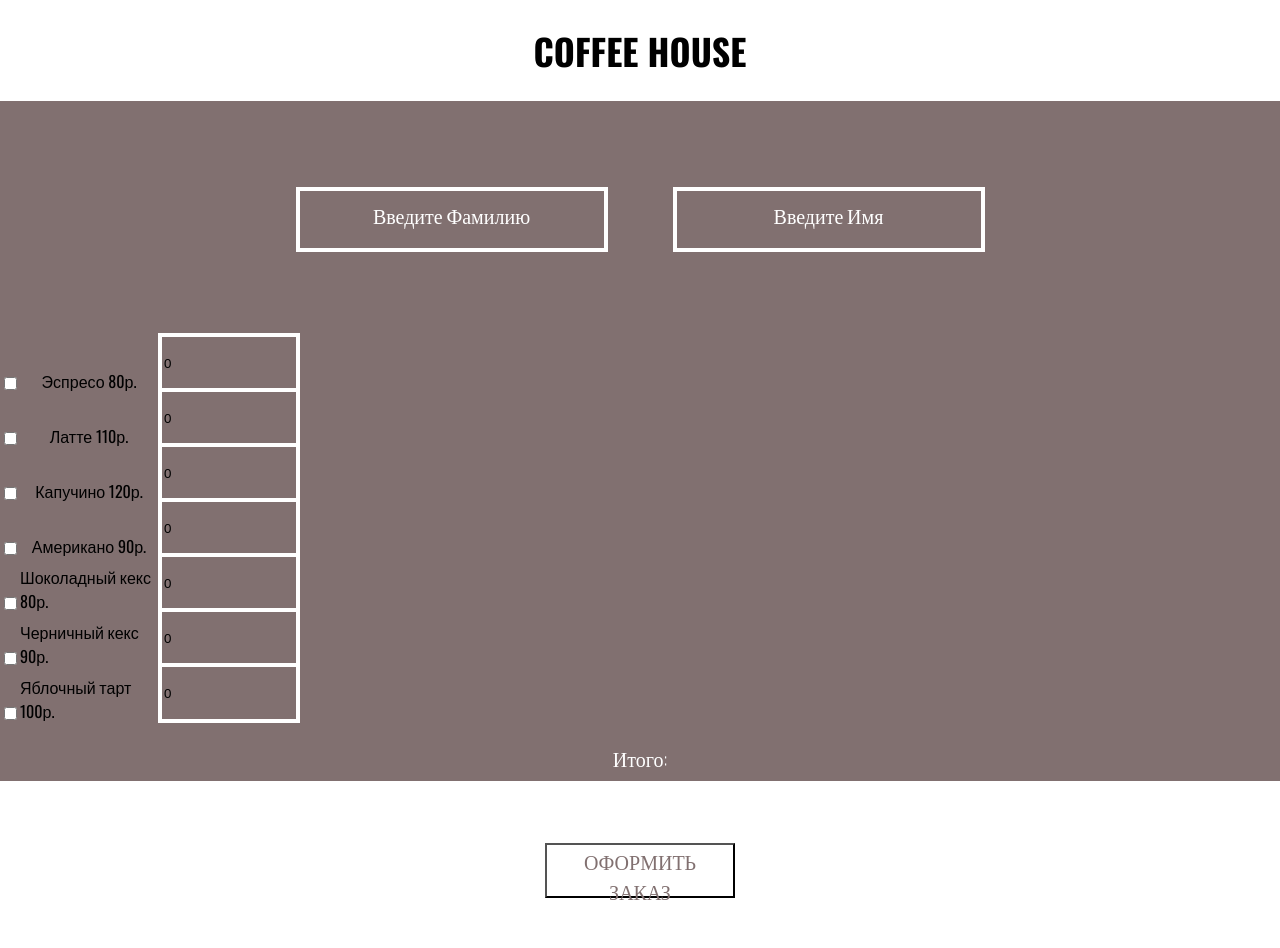
Repository: Valera1994/WebTestProject
Page: New2/index.html
The author's editor kept a copy of each file at every save. The page is drawn from the files as they stood at one save, then again after the next save.
The browser window is 1280 px wide. The pictures show the whole page.

Above is the page before, as saved 2025-07-20 22:05:53.

### New2/index.html
<!DOCTYPE html>
<html lang="en">
<head>
    <meta charset="UTF-8">
    <meta name="viewport" content="width=device-width, initial-scale=1.0">
    <title>COFFEE HOUSE</title>
    <link rel="stylesheet" href="style.css">
    <link rel="preconnect" href="https://fonts.googleapis.com">
    <link rel="preconnect" href="https://fonts.gstatic.com" crossorigin="">
    <link href="https://fonts.googleapis.com/css2?family=Oswald:wght@200..700&amp;display=swap" rel="stylesheet">
</head>
<body>
    <header class="header">
        <h1 class="logo">COFFEE HOUSE</h1>
    </header>
    <div class="order">
        <div class="form">
            <input class="surname form_text" type="text" placeholder="Введите Фамилию" required="">
            <input class="name form_text" type="text" placeholder="Введите Имя" required="">
        </div>
        <div class="conteiner">
            <div class="form_checkbox">
                <input type="checkbox" id="coffee" name="espreso" value="choise1">
                <label for="espreso">Эспресо 80р.</label>
                <input class="price" type="number" min="0" value="0" placeholder="0">
            </div>
            <div class="form_checkbox">
                <input type="checkbox" id="coffee" name="latte" value="choise1">
                <label for="latte">Латте 110р.</label>
                <input class="price" type="number" min="0" value="0" placeholder="0">
            </div>
            <div class="form_checkbox">
                <input type="checkbox" id="coffee" name="capp" value="choise1">
                <label for="capp">Капучино 120р.</label>
                <input class="price" type="number" min="0" value="0" placeholder="0">
            </div>
            <div class="form_checkbox">
                <input type="checkbox" id="coffee" name="amer" value="choise1">
                <label for="amer">Американо 90р.</label>
                <input class="price" type="number" min="0" value="0" placeholder="0">
            </div>
            <div class="form_checkbox">
                <input type="checkbox" id="coffee" name="choco" value="choise1">
                <label for="choco">Шоколадный кекс 80р.</label>
                <input class="price" type="number" min="0" value="0" placeholder="0">
            </div>
            <div class="form_checkbox">
                <input type="checkbox" id="coffee" name="chern" value="choise1">
                <label for="chern">Черничный кекс 90р.</label>
                <input class="price" type="number" min="0" value="0" placeholder="0">
            </div>
            <div class="form_checkbox">
                <input type="checkbox" id="coffee" name="apple" value="choise1">
                <label for="apple">Яблочный тарт 100р.</label>
                <input class="price" type="number" min="0" value="0" placeholder="0">
            </div>
        </div>

        <p>Итого: <span class="result"></span></p>
        <div class="button_container">
            <button class="btn">ОФОРМИТЬ ЗАКАЗ</button>
        </div>
    </div>
</body>
</html>

### New2/style.css
body{
    margin: 0;
    padding: 0;
    font-family: 'Oswald', sans-serif;
}

.header {
    width: 100%;
    box-sizing: border-box;
    text-decoration: none;
    top: 0;
    left: 0;
}

.logo{
    color: black;
    font-size: 36px;
    white-space: nowrap;
    font-weight: medium;
    display: flex;
    justify-content: center;
}

.order{
    width: 100%;
    height: 680px;
    background: rgba(129, 112, 112, 1);
}

.form{
    padding: 86px 0;
    gap: 65px;
    display: flex;
    justify-content: center;
}

.form_text{
    background-color: #817070;
    display: flex;
    flex-direction: column;
    justify-content: center;
    width: 300px;
    height: 55px;
    border: 4px solid white;
}

.form_text::placeholder {
    font-family: 'Oswald';
    color: white;
    opacity: 1;
    display: flex;
    align-items:center;
    text-align: center;
    font-size: 20px;
    font-weight: lighter;
}

.container{
    display: flex;
    flex-flow: column wrap;
    height: 271px;
    width: 784px;
}

.form_checkbox{
    width: 300px;
    height: 55px;
    display: flex;
    justify-content: space-between;
    align-items: flex-end;
}


.price{
    background-color: #817070;
    display: flex;
    flex-direction: column;
    justify-content: center;
    width: 130px;
    height: 50px;
    border: 4px solid white;
}

p{
    font-family: 'Oswald';
    font-size: 20px;
    font-weight:lighter;
    color: white;
    display: flex;
    justify-content: center;
}

.button_container{
    display: flex;
    justify-content: center;
    padding: 50px;
}

.btn{
    width: 190px;
    height: 55px;
    font-family: 'Oswald';
    font-size: 20px;
    font-weight: 500;
    background-color: white;
    color: rgba(129, 112, 112, 1);
}

After the next save:
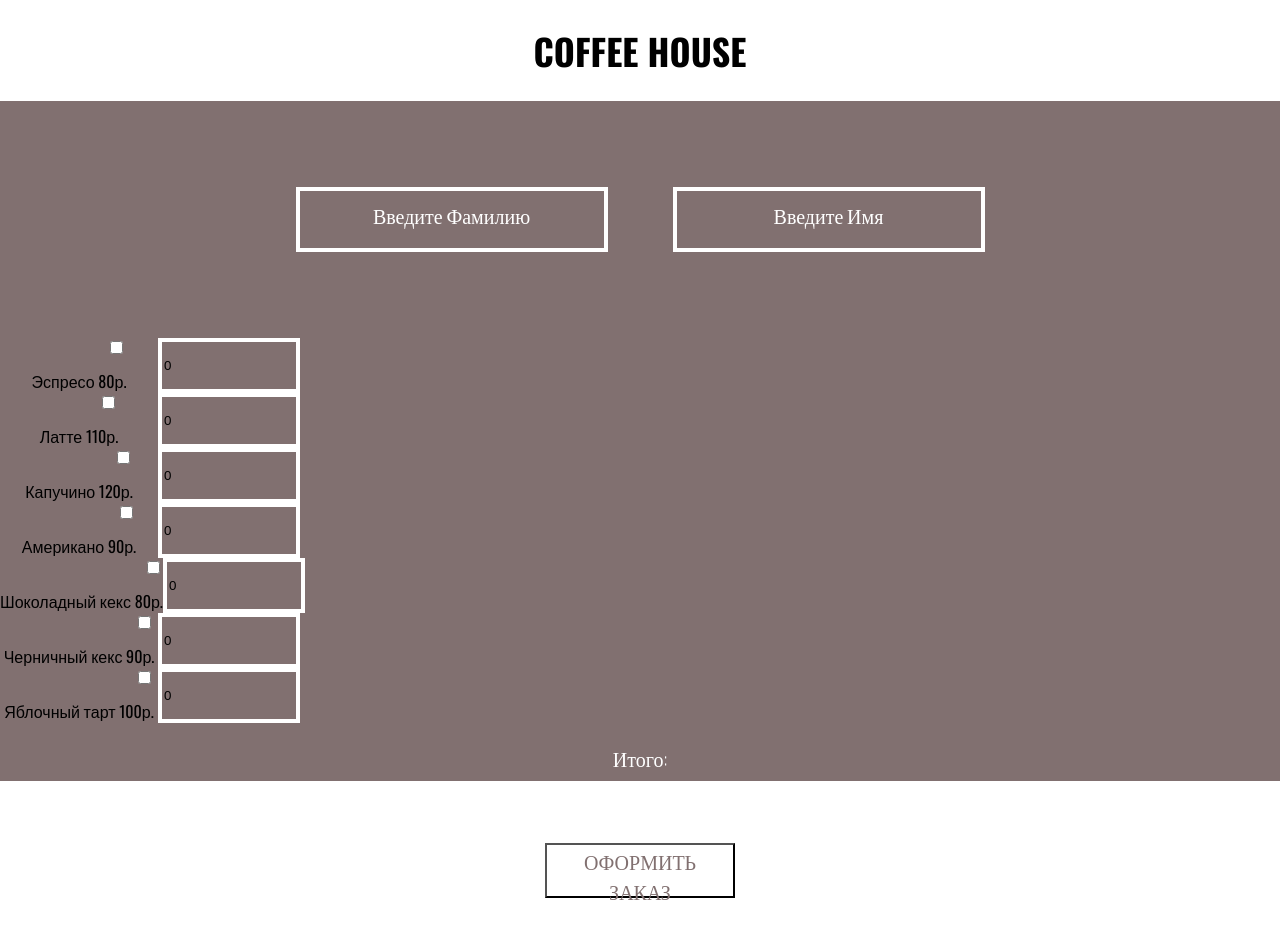
Saved 51 s later.
--- a/New2/style.css
+++ b/New2/style.css
@@ -63,6 +63,8 @@
 }
 
 .form_checkbox{
+    display: flex;
+    flex-flow: column wrap;
     width: 300px;
     height: 55px;
     display: flex;

After the save that followed:
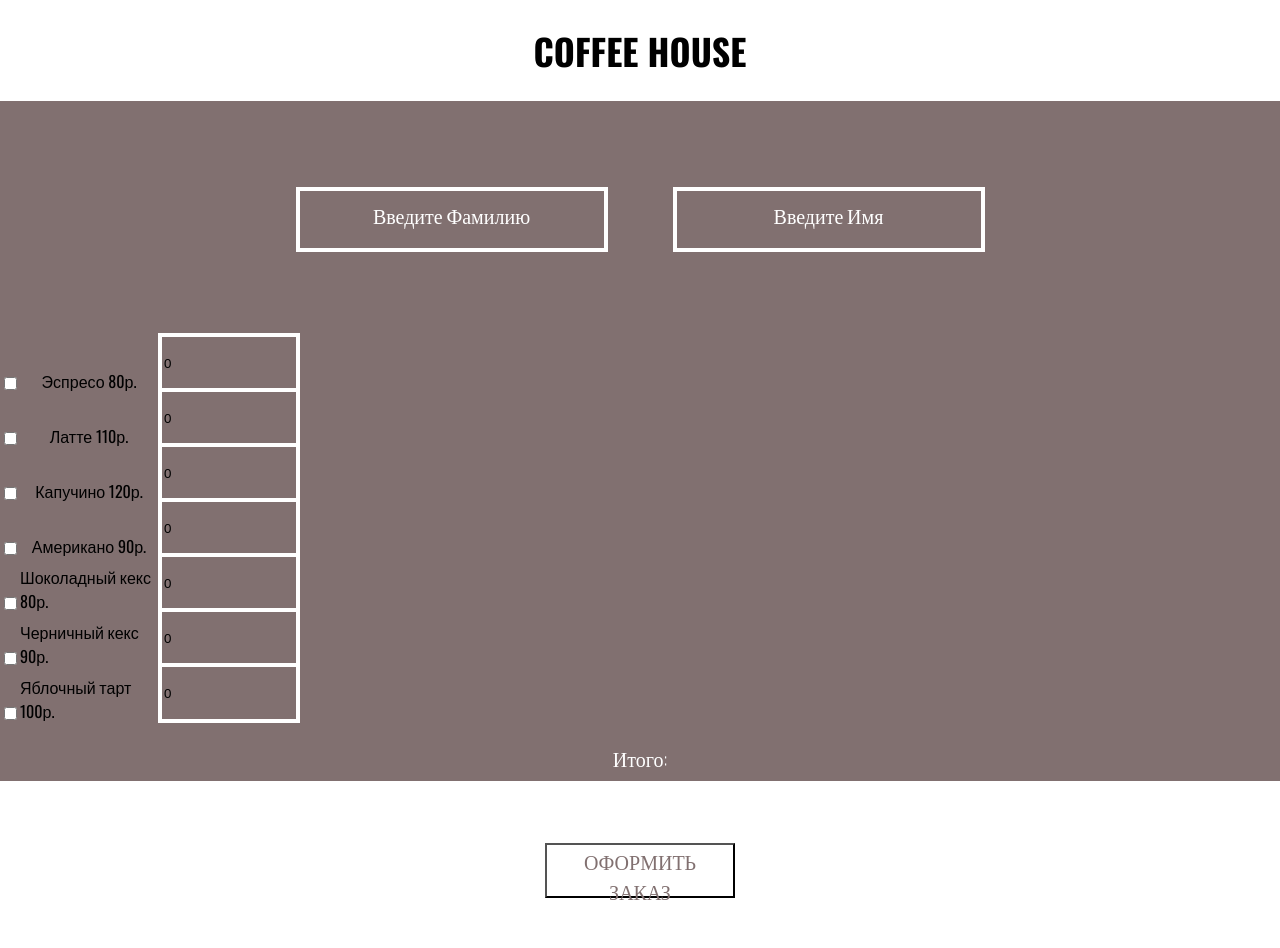
Saved 10 s later.
--- a/New2/style.css
+++ b/New2/style.css
@@ -63,8 +63,6 @@
 }
 
 .form_checkbox{
-    display: flex;
-    flex-flow: column wrap;
     width: 300px;
     height: 55px;
     display: flex;
